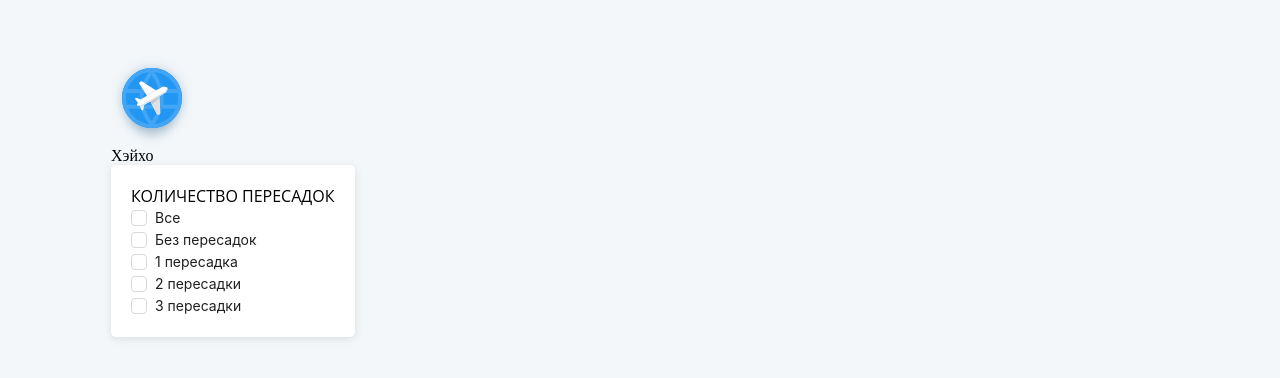
Repository: Dedoxa/aviasalesTickets
Page: /
An editor plug-in stored every save of this project. The page is shown before and after the next save, followed by the edit.
The browser window is 1280 px wide. The pictures show the whole page.
The project was rebuilt for these pictures with package versions that can differ from the ones it lists, and the page was loaded fresh each time. Also part of the build but not shown: vite.config.js.

Above is the page before, as saved 2024-10-19 15:54:11.

After the next save:
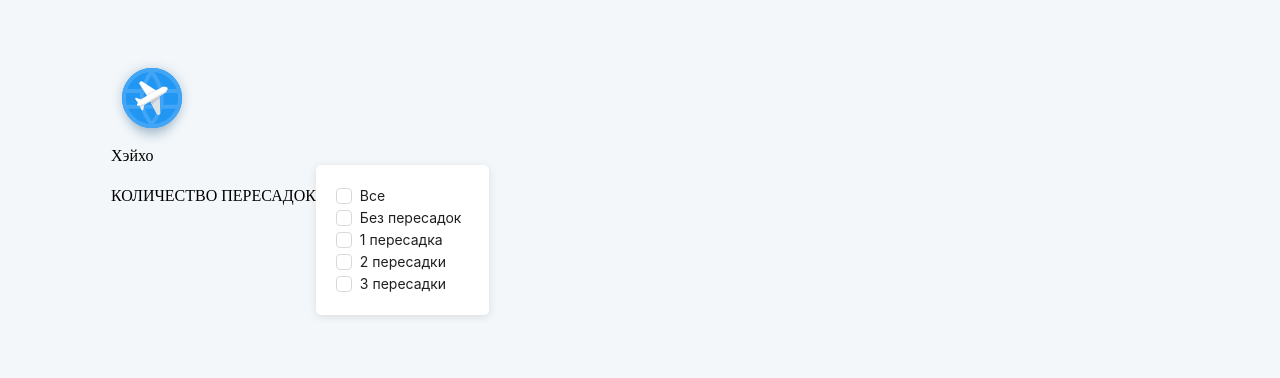
Saved 66 s later.
--- a/src/TransferFilters/TransferFilters.jsx
+++ b/src/TransferFilters/TransferFilters.jsx
@@ -6,16 +6,18 @@
 
 const TransferFilters = () => {
   return (
-    <div className={contentBox}>
+    <>
       <span className={classes.title}>КОЛИЧЕСТВО ПЕРЕСАДОК</span>
-      <div className={classes.checkboxContainer}>
-        <Checkbox>Все</Checkbox>
-        <Checkbox>Без пересадок</Checkbox>
-        <Checkbox>1 пересадка</Checkbox>
-        <Checkbox>2 пересадки</Checkbox>
-        <Checkbox>3 пересадки</Checkbox>
+        <div className={contentBox}>
+          <div className={classes.checkboxContainer}>
+            <Checkbox>Все</Checkbox>
+            <Checkbox>Без пересадок</Checkbox>
+            <Checkbox>1 пересадка</Checkbox>
+            <Checkbox>2 пересадки</Checkbox>
+            <Checkbox>3 пересадки</Checkbox>
+          </div>
       </div>
-    </div>
+    </>
   );
 };
 

After the save that followed:
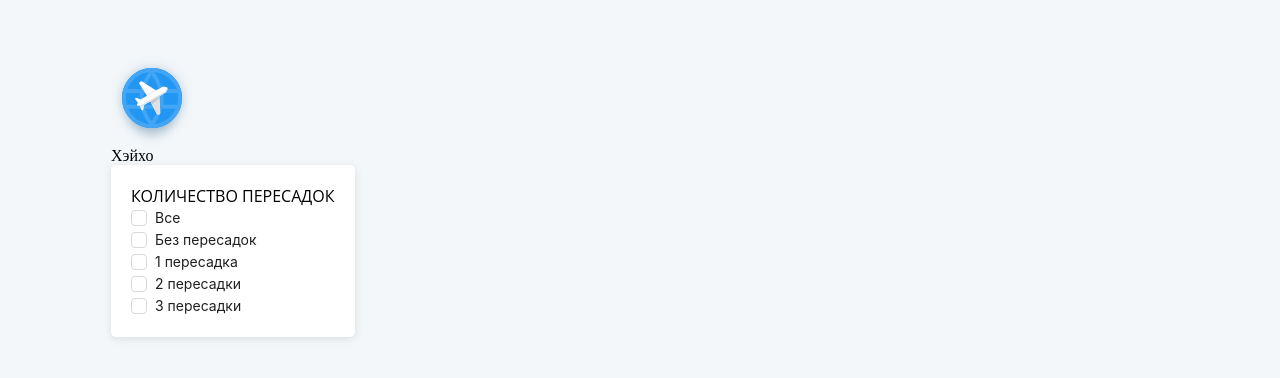
Saved 31 s later.
--- a/src/TransferFilters/TransferFilters.jsx
+++ b/src/TransferFilters/TransferFilters.jsx
@@ -7,15 +7,15 @@
 const TransferFilters = () => {
   return (
     <>
-      <span className={classes.title}>КОЛИЧЕСТВО ПЕРЕСАДОК</span>
-        <div className={contentBox}>
-          <div className={classes.checkboxContainer}>
-            <Checkbox>Все</Checkbox>
-            <Checkbox>Без пересадок</Checkbox>
-            <Checkbox>1 пересадка</Checkbox>
-            <Checkbox>2 пересадки</Checkbox>
-            <Checkbox>3 пересадки</Checkbox>
-          </div>
+      <div className={contentBox}>
+        <span className={classes.title}>КОЛИЧЕСТВО ПЕРЕСАДОК</span>
+        <div className={classes.checkboxContainer}>
+          <Checkbox>Все</Checkbox>
+          <Checkbox>Без пересадок</Checkbox>
+          <Checkbox>1 пересадка</Checkbox>
+          <Checkbox>2 пересадки</Checkbox>
+          <Checkbox>3 пересадки</Checkbox>
+        </div>
       </div>
     </>
   );
